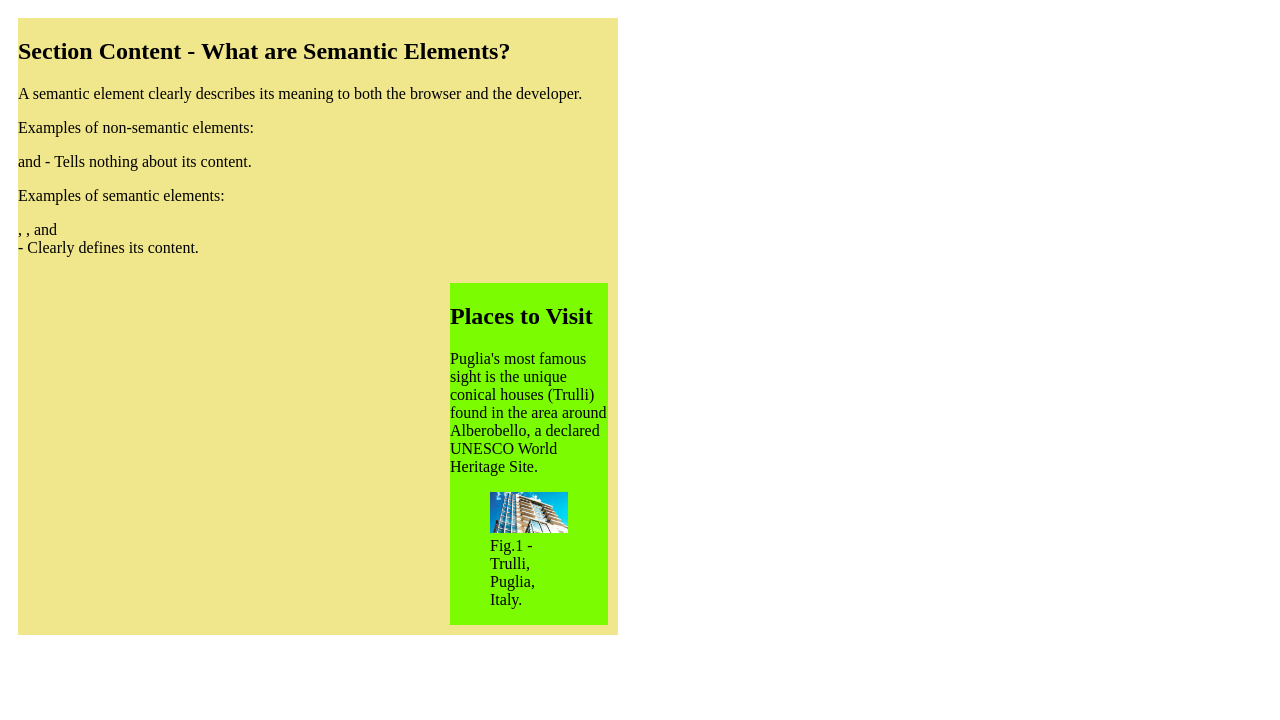
Repository: bjnabs/mws-workshop01
Page: index.html
The author's editor kept a copy of each file at every save. The page is drawn from the files as they stood at one save, then again after the next save.
The browser window is 1280 px wide. The pictures show the whole page.

Above is the page before, as saved 2020-07-04 09:47:16.

### index.html
<!DOCTYPE html>
<html lang="en">
<header>
        <meta http-equiv="Content-Type" content="text/html; charset=utf-8" />
        <title>MWS Responsive Web Design</title>
        <link href="http://fonts.googleapis.com/css?family=Source+Sans+Pro:200,300,400,600,700,900|Varela+Round" rel="stylesheet" />
        <link href="css/mobile-first.css" rel="stylesheet" />
</header>
<body>
    <div class="container">
        <section>
                <h1>Section Content - What are Semantic Elements?</h1>
                <p>A semantic element clearly describes its meaning to both the browser and the developer.</p>
                <p>Examples of non-semantic elements: <div> and <span> - Tells nothing about its content.</p>
                <p>Examples of semantic elements: <form>, <table>, and <article> - Clearly defines its content.</p>
        </section>
        <aside>
            <h2>Places to Visit</h2>
            <p>Puglia's most famous sight is the unique conical houses (Trulli) found in the area around Alberobello, a declared UNESCO World Heritage Site.</p>
            <figure>
            <img src="/images/pic01.jpg" alt="Trulli" style="width:100%">
            <figcaption>Fig.1 - Trulli, Puglia, Italy.</figcaption>
            </figure>
</aside>
      </div>
</body>
</html>

### css/mobile-first.css

.container {
  width: 1190px;
}
section,
aside {
  margin: 10px;
}
section {
  float: left;
  width: 600px;
  background-color: khaki;
}
aside {
  float: right;
  width: 158px;
  background-color: lawngreen;



/* Responsive layout - makes the three columns stack on top of each other instead of next to each other */
@media screen and (max-width: 996px) {
  [class*="col-"] {
       width: 100%;
   }
  .img-large,
  .img-small {
    height: 850px;
    max-width: 100%;
  }

 .container {
   width: 100%;
   padding: 0 2%
 }

.header,
.social,
.logo h1 {
  position: inherit;
}
.logo h1 {
  left: 12%
 }
.logo p {
  visibility: hidden;
}
.menu a {
  padding: 0px 10px;
  line-height: 25px
}
}

After the next save:
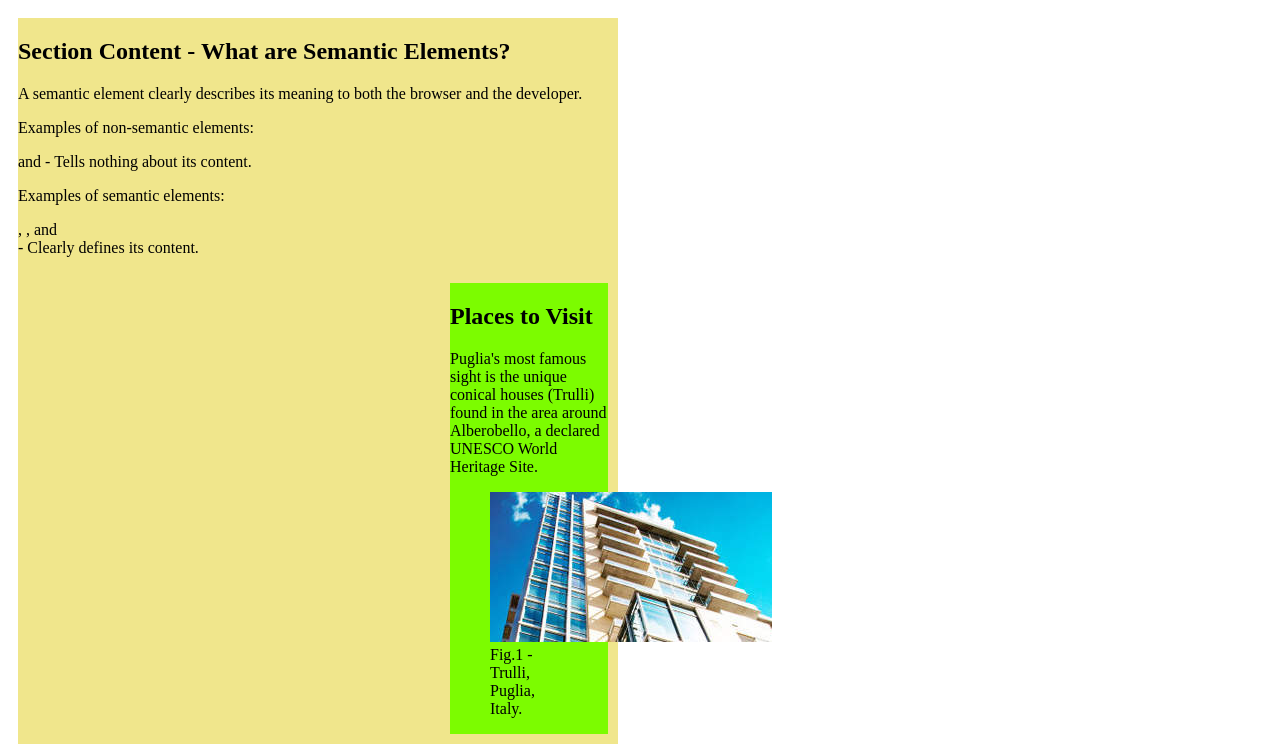
Saved 83 s later.
--- a/index.html
+++ b/index.html
@@ -18,7 +18,7 @@
             <h2>Places to Visit</h2>
             <p>Puglia's most famous sight is the unique conical houses (Trulli) found in the area around Alberobello, a declared UNESCO World Heritage Site.</p>
             <figure>
-            <img src="/images/pic01.jpg" alt="Trulli" style="width:100%">
+            <img src="/images/pic01.jpg" alt="Trulli">
             <figcaption>Fig.1 - Trulli, Puglia, Italy.</figcaption>
             </figure>
 </aside>
